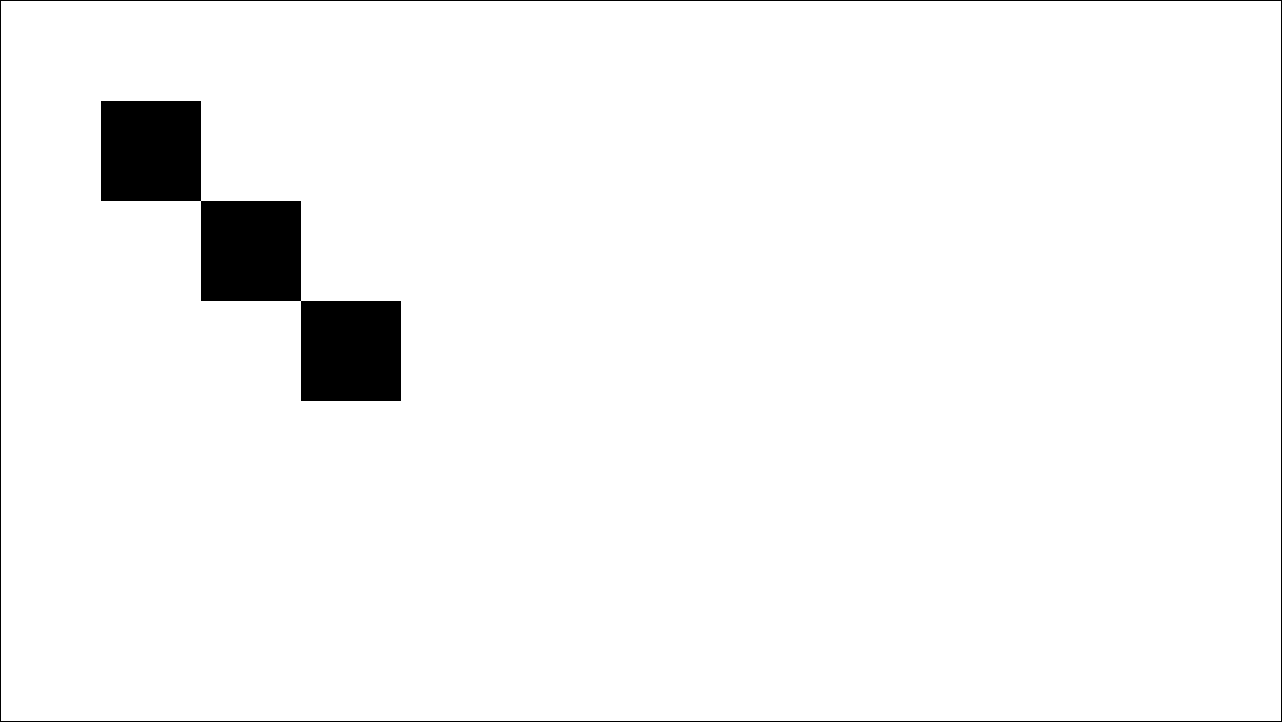
Repository: badhon252/Javascript-practice
Page: 1projects/JavaScript30/08 - Fun with HTML5 Canvas/index-START.html
These files come from the project's save history. The page is drawn as it stood at one moment and after the next save; the edit follows.
The browser window is 1280 px wide. The page is 1282 px wide, so the pictures cover 1282 px, including what lies to the right of the window. The pictures show the whole page.

Above is the page before, as saved 2022-12-02 23:33:01.

After the next save:
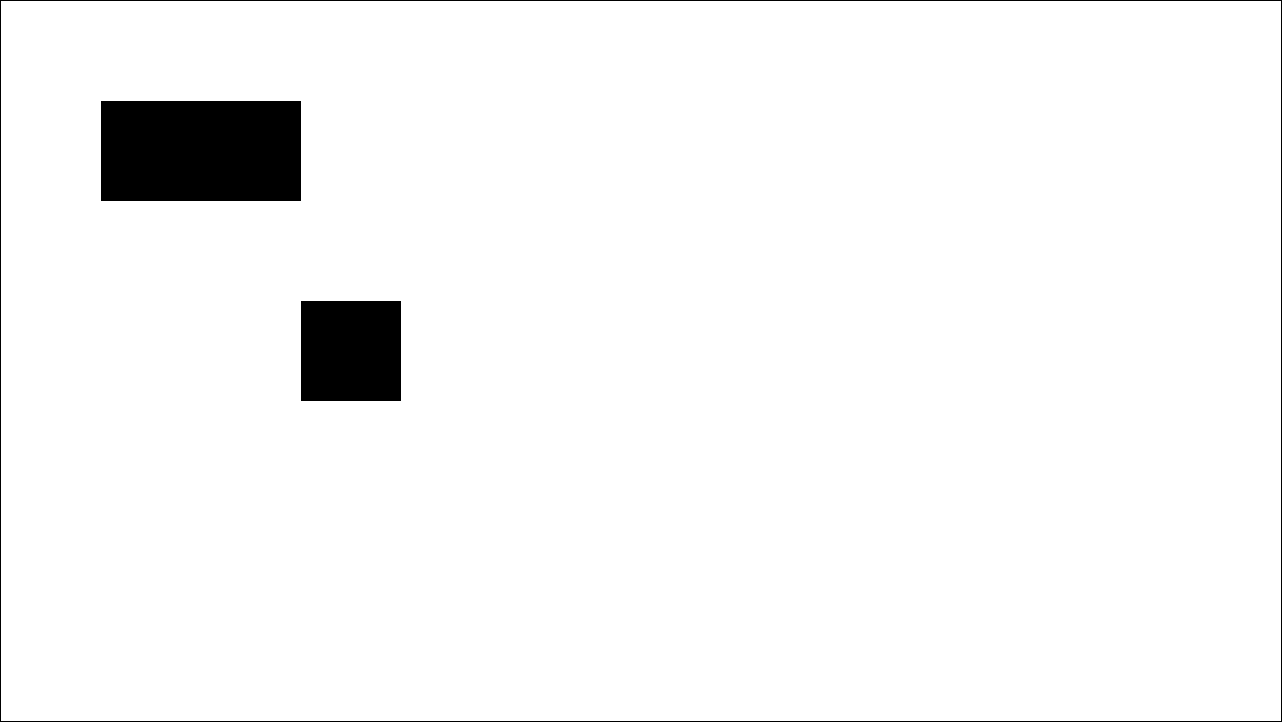
Saved 4 s later.
--- a/1projects/JavaScript30/08 - Fun with HTML5 Canvas/index-START.html
+++ b/1projects/JavaScript30/08 - Fun with HTML5 Canvas/index-START.html
@@ -33,7 +33,7 @@
 
         // ctx.fillRect(x, y, width, height)
         ctx.fillRect(100, 100, 100, 100);
-        ctx.fillRect(200, 200, 100, 100);
+        ctx.fillRect(200, 100, 100, 100);
         ctx.fillRect(300, 300, 100, 100);
     </script>
 </body>

After the save that followed:
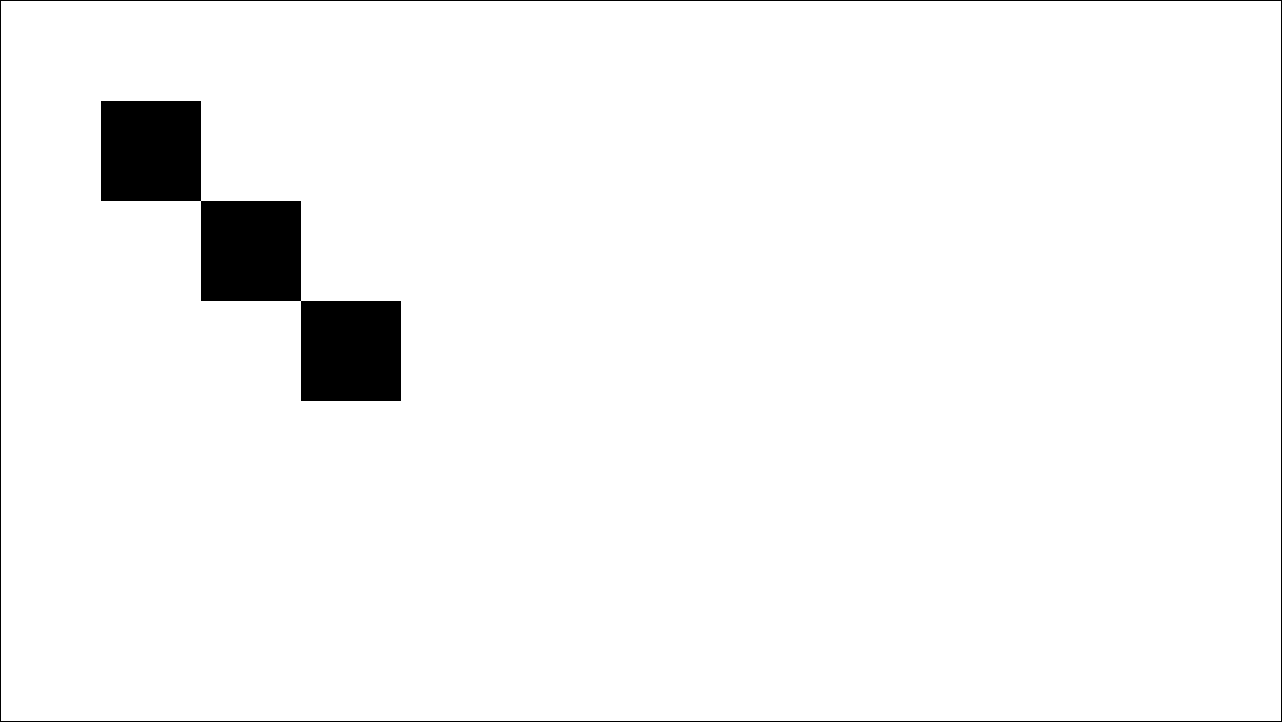
Saved 5 s later.
--- a/1projects/JavaScript30/08 - Fun with HTML5 Canvas/index-START.html
+++ b/1projects/JavaScript30/08 - Fun with HTML5 Canvas/index-START.html
@@ -33,7 +33,7 @@
 
         // ctx.fillRect(x, y, width, height)
         ctx.fillRect(100, 100, 100, 100);
-        ctx.fillRect(200, 100, 100, 100);
+        ctx.fillRect(200, 200, 100, 100);
         ctx.fillRect(300, 300, 100, 100);
     </script>
 </body>
